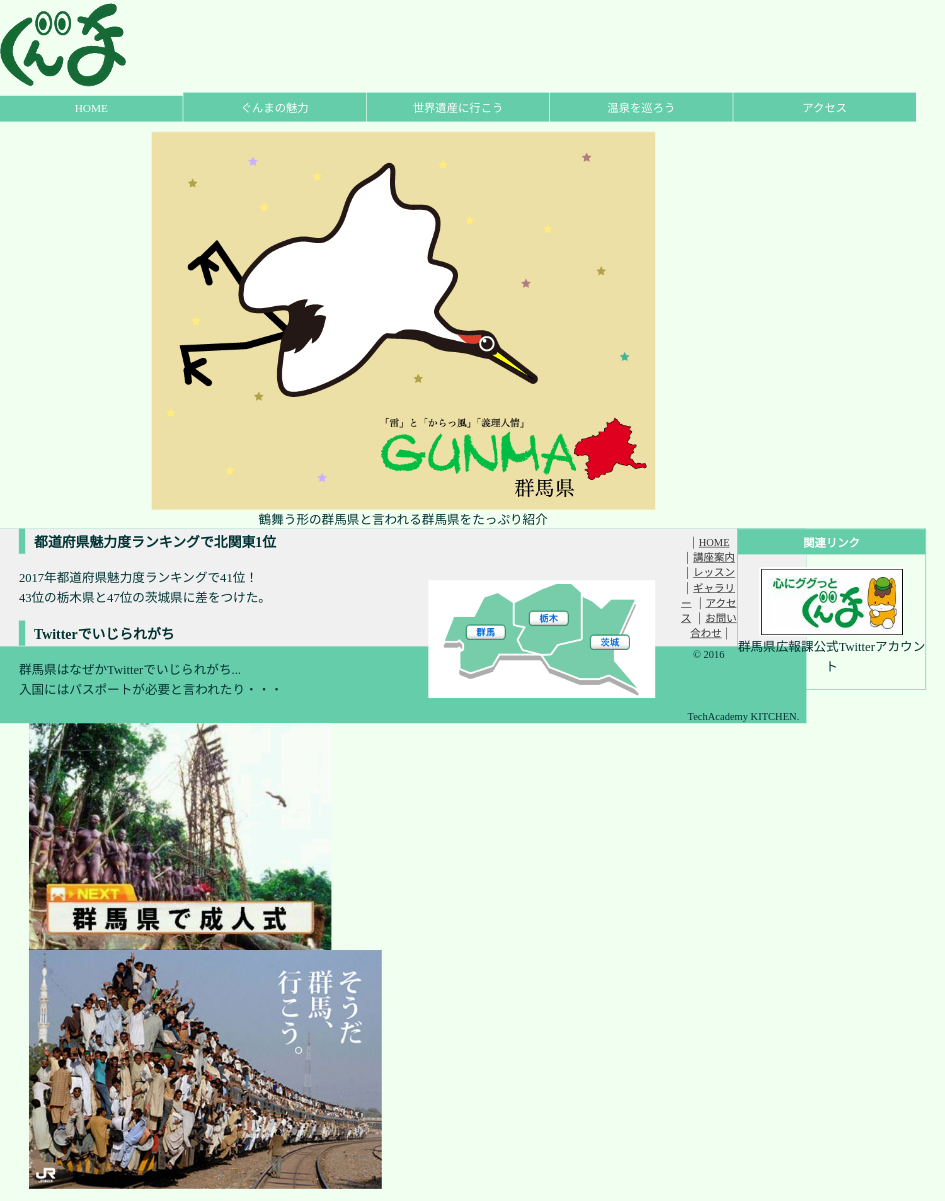
Repository: erinakatagiri/gomi
Page: gunma/Gunma.html
The author's editor kept a record of every edit. The page is drawn from the files as they stood at one moment, then again after the next edit.
The browser window is 1280 px wide. The page is 1500 px wide, so the pictures cover 1500 px, including what lies to the right of the window. The pictures show the whole page, at 63% of full size.

Above is the page before.

After the next edit:
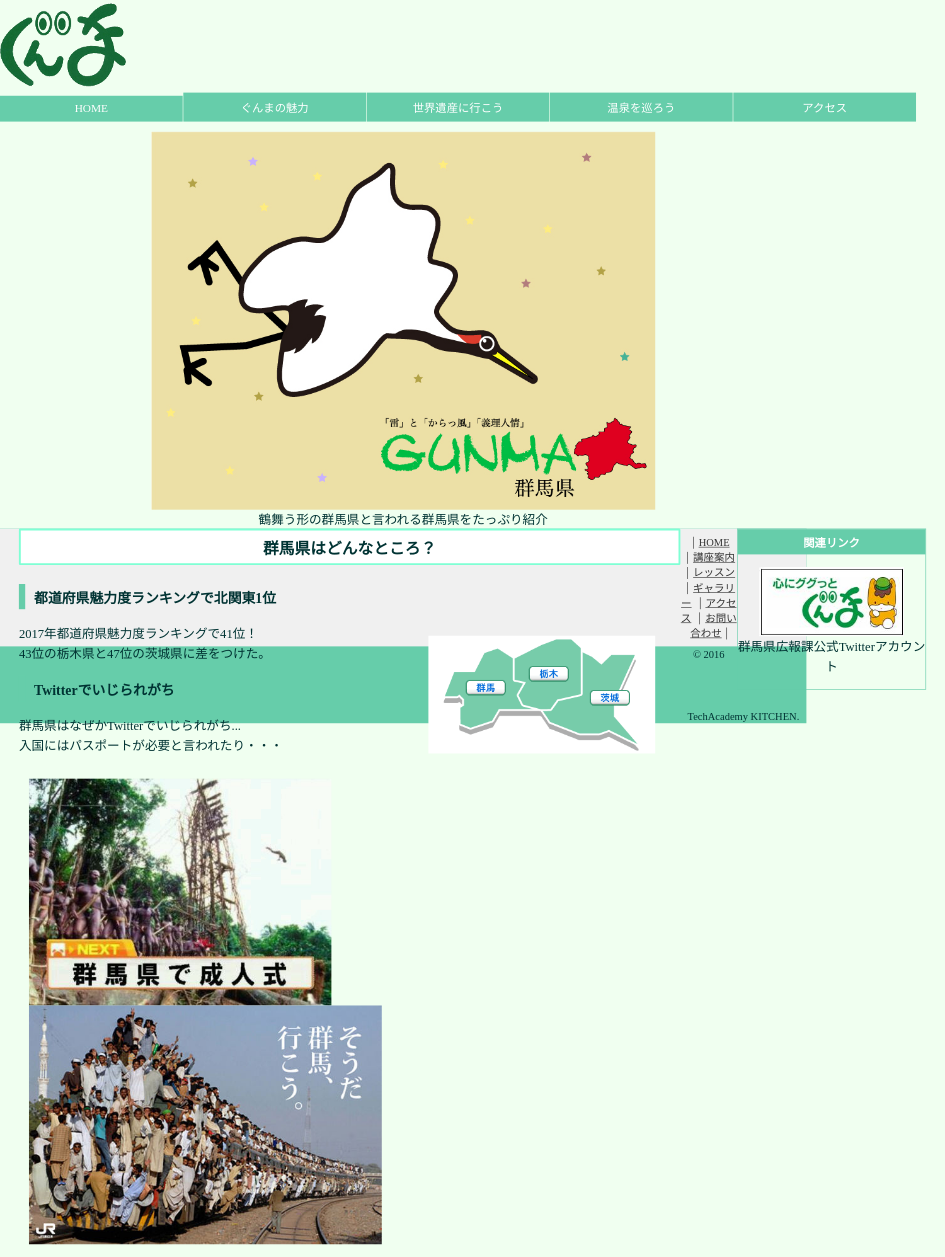
The edit:
--- a/gunma/Gunma.html
+++ b/gunma/Gunma.html
@@ -26,7 +26,7 @@
                <div id="wrapper">
             <div id="main">
                 <section id="point">
-                    <h2群馬県はどんなところ？</h2>
+                    <h2>群馬県はどんなところ？</h2>
                     <section>
                         <h3>都道府県魅力度ランキングで北関東1位</h3>
                         <figure>
